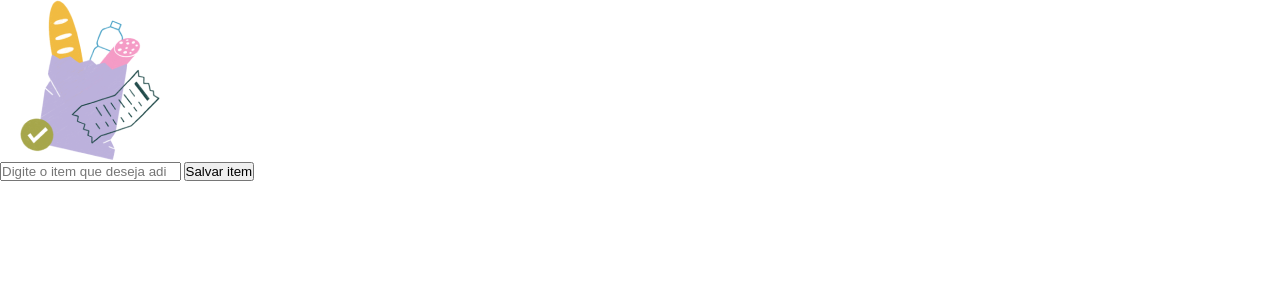
Repository: joaoPraiaJunior/compras_js
Page: index.html
These files come from the project's save history. The page is drawn as it stood at one moment and after the next save; the edit follows.
The browser window is 1280 px wide. The pictures show the whole page.
Some web fonts or font styles are not loaded; a fallback is used.

Above is the page before, as saved 2024-08-22 16:01:22.

### index.html
<!DOCTYPE html>
<html lang="pt-BR" dir="ltr">

<head>
    <meta charset="UTF-8">
    <meta name="viewport" content="width=device-width, initial-scale=1.0">
    <meta name="description" content="Lista de compras">
    <title>Lista de Compras</title>
    <link rel="preconnect" href="https://fonts.googleapis.com">
    <link rel="preconnect" href="https://fonts.gstatic.com" crossorigin>
    <link href="https://fonts.googleapis.com/css2?family=Krona+One&family=Montserrat&family=Numans&display=swap" rel="stylesheet">
    <link rel="stylesheet" href="./css/styles.css" />
</head>

<body>
    <header>
        <img src="./img/bag.png" alt="sacola de compras">
    </header>
    <main>
        <input type="search" name="busca" placeholder="Digite o item que deseja adicionar">
        <button>Salvar item</button>
    </main>
</body>

</html>

### css/styles.css
* {
    box-sizing: border-box;
    margin: 0;
    padding: 0;
}

html {
    font-size: 62.5%;
}

:root {
    --cor-primaria: #F55B64;
    --cor-secundaria: #C2373F;
    --neutro: #F9F9F9;
    --preto: #131730;
    --fonte-titulo: "Krona One", sans-serif;
    --fonte-texto: 'Numans', sans-serif;
    --degrade-azul: linear-gradient(180deg, #000000 0%, #26327F 100%);
}

After the next save:
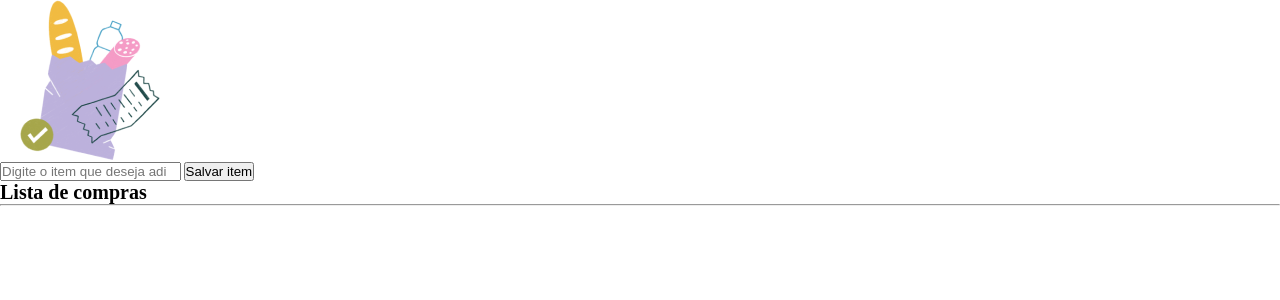
Saved 62 s later.
--- a/index.html
+++ b/index.html
@@ -17,8 +17,12 @@
         <img src="./img/bag.png" alt="sacola de compras">
     </header>
     <main>
-        <input type="search" name="busca" placeholder="Digite o item que deseja adicionar">
-        <button>Salvar item</button>
+        <form>
+            <input type="search" name="busca" placeholder="Digite o item que deseja adicionar">
+            <button>Salvar item</button>
+        </form>
+        <h1>Lista de compras</h1>
+        <hr>
     </main>
 </body>
 
